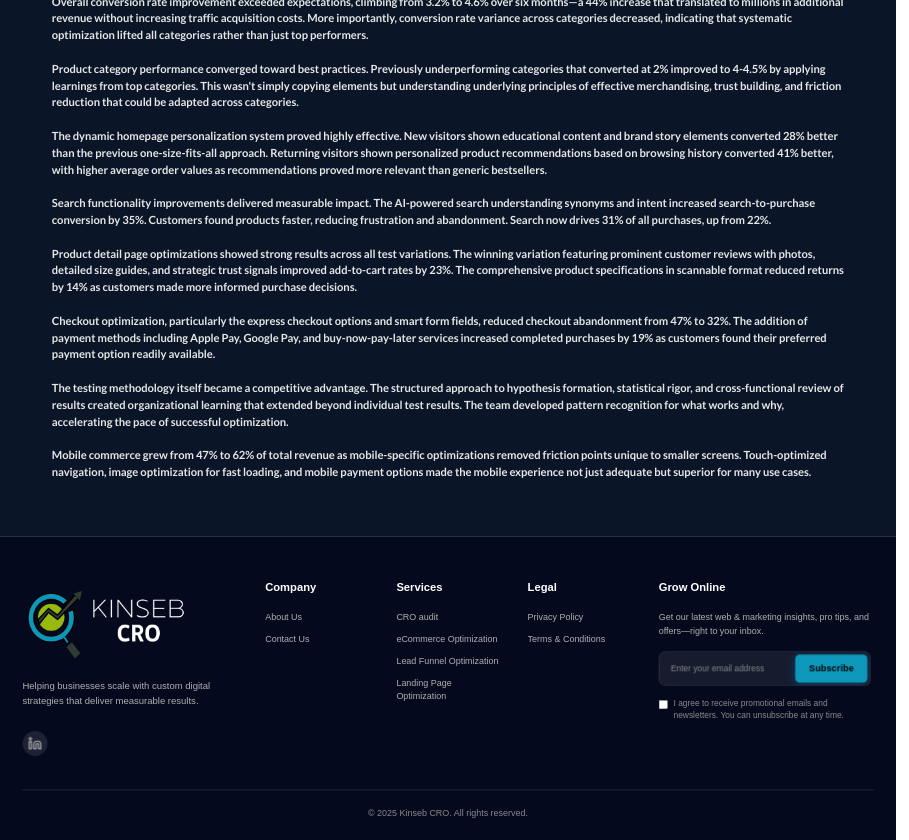
Repository: YahyaK01/kinseb
Page: /case-study/e-commerce-revenue-uplift-through-testing
These files come from the project's save history. The page is drawn as it stood at one moment and after the next save; the edit follows.
The browser window is 1280 px wide. The page is 1298 px wide, so the pictures cover 1298 px, including what lies to the right of the window. The pictures show the part of the page from y = 4620 to 6500 px (the page is 5820 px tall before and 6540 px after), at 70% of full size.
The project was rebuilt for these pictures with package versions that can differ from the ones it lists, and the page was loaded fresh each time. Also part of the build but not shown: src/components/FAQ.js, src/components/CTA.jsx, src/components/MetricsSection.jsx, src/components/WhyCROMatter.jsx, src/components/Processsection.jsx, src/components/Hero.jsx, src/components/marquee.jsx, src/components/CEO.jsx and 28 more.

Above is the page before, as saved 2025-12-12 17:06:10.

After the next save:
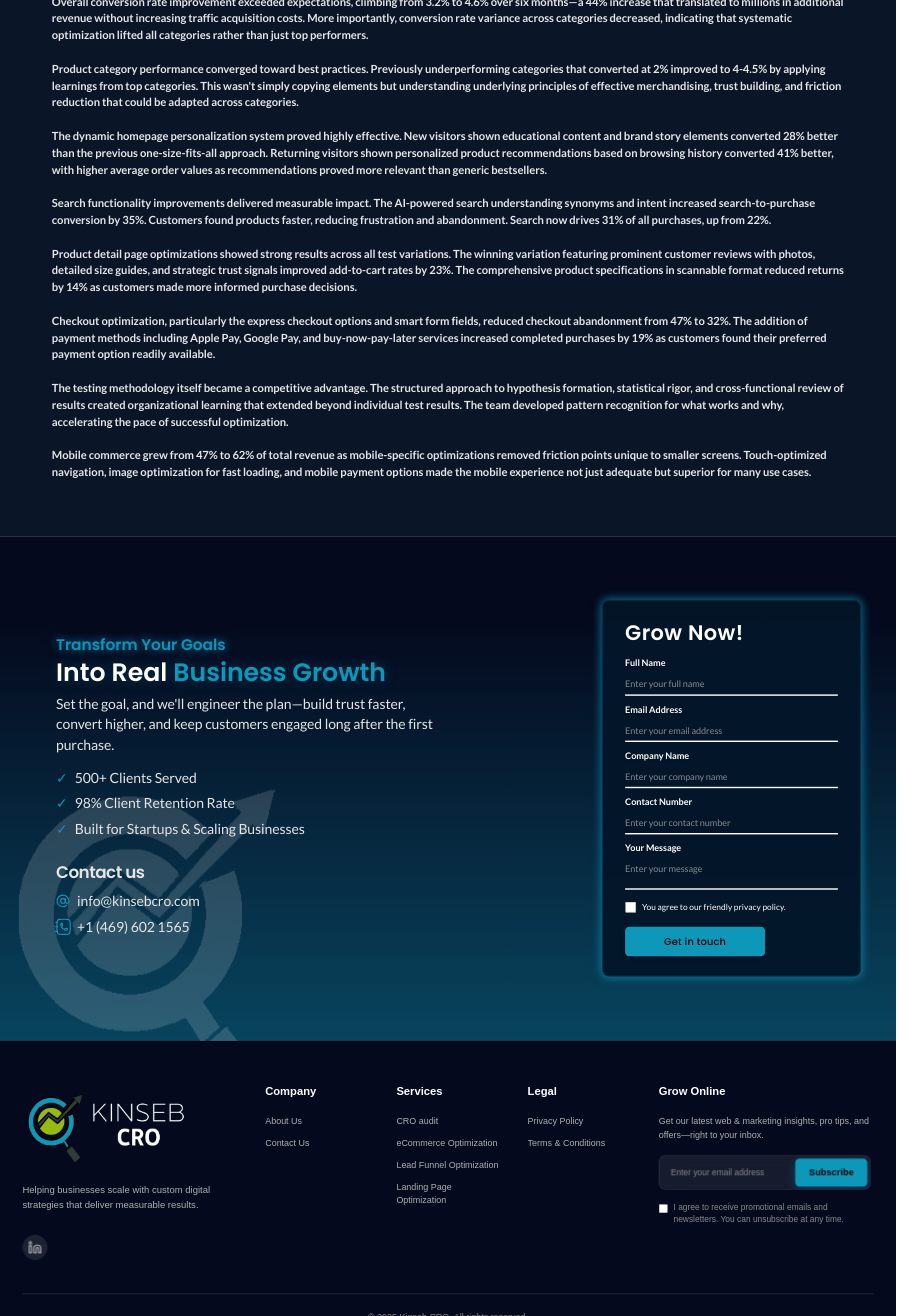
Saved 59 s later.
--- a/src/Pages/CaseStudyDetaiPage.js
+++ b/src/Pages/CaseStudyDetaiPage.js
@@ -9,6 +9,7 @@
 import SolutionSection from '../components/CaseStudySections/SolutionSection';
 import ImplementationSection from '../components/CaseStudySections/ImplementationSection';
 import ResultsSection from '../components/CaseStudySections/ResultsSection';
+import LandingPage from '../components/ContactForm';
 
 const CaseStudyDetailPage = () => {
   const { slug } = useParams();
@@ -26,6 +27,7 @@
       <SolutionSection slug={slug} />
       <ImplementationSection slug={slug} />
       <ResultsSection slug={slug} />
+      <LandingPage />
     </div>
   );
 };
